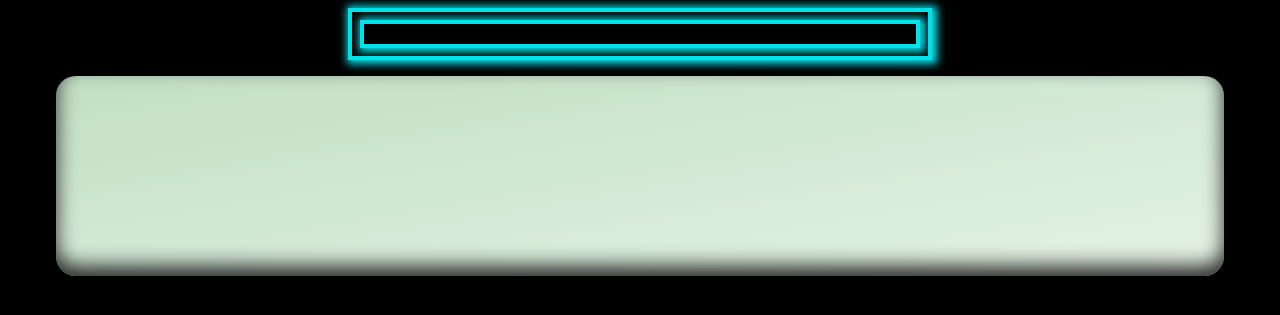
Repository: KhangNguyen3006/WebUI-UX
Page: /
An editor plug-in stored every save of this project. The page is shown before and after the next save, followed by the edit.
The browser window is 1280 px wide. The pictures show the whole page.
The project was rebuilt for these pictures with package versions that can differ from the ones it lists, and the page was loaded fresh each time. Also part of the build but not shown: src/App.css.

Above is the page before, as saved 2023-05-04 02:23:26.

After the next save:
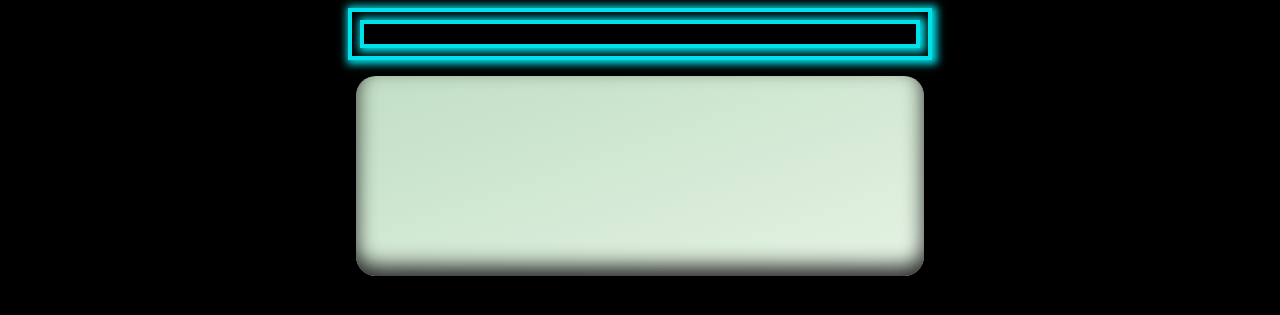
Saved 5 s later.
--- a/src/components/home/Home.jsx
+++ b/src/components/home/Home.jsx
@@ -11,7 +11,7 @@ class Home extends Component {
                         </div>
                     </div>
                 </Col>
-                <Col sm>
+                <Col sm={6}>
                     <div className="rectangle-linear-gradient p-2 m-3">
                     </div>
                 </Col>
